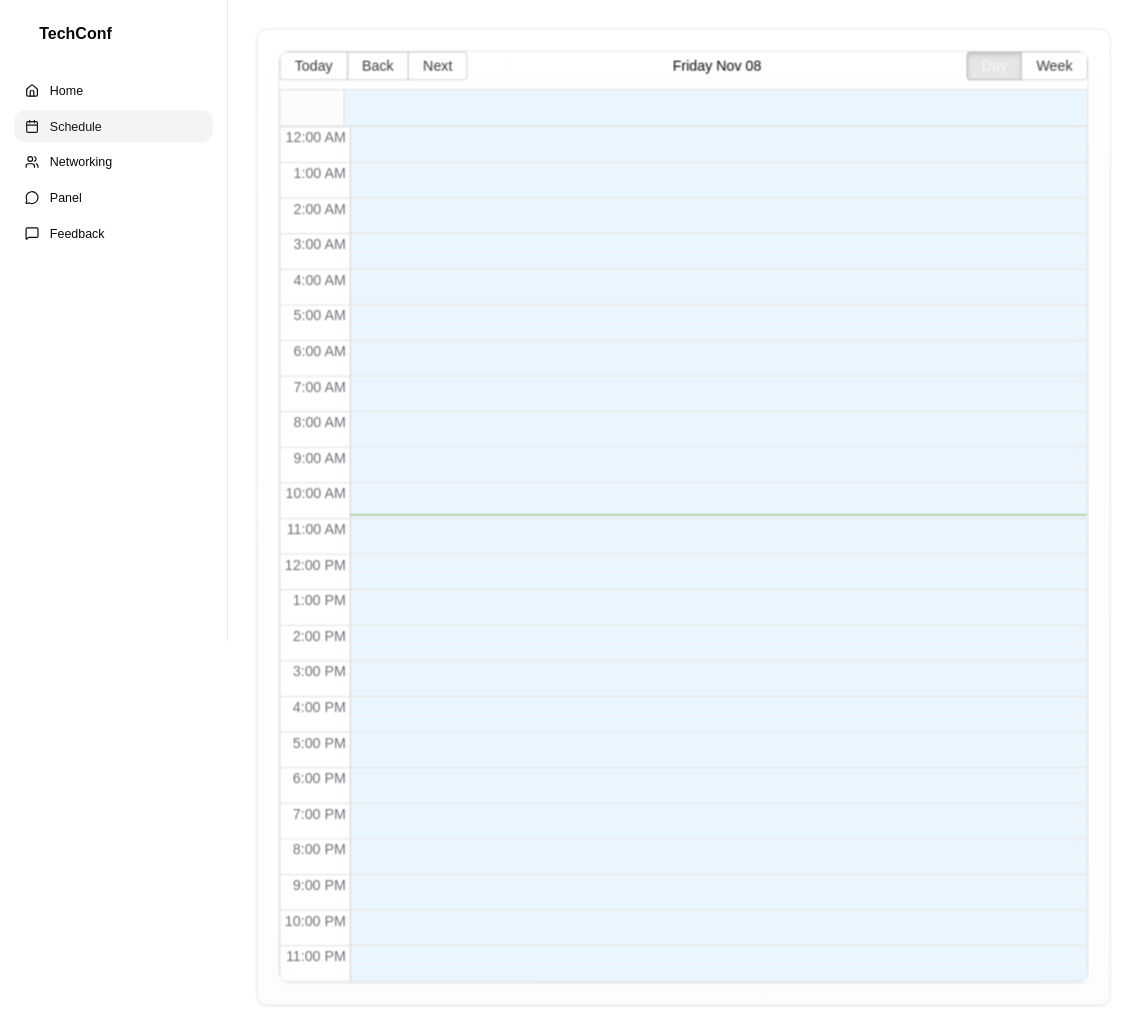
Repository: mrnavdal/symposium-2024
Page: /schedule (app in symposium24/)
The author's editor kept a copy of each file at every save. The page is drawn from the files as they stood at one save, then again after the next save.
The browser window is 1280 px wide. The pictures show the whole page, at 89% of full size.
The project was rebuilt for these pictures with package versions that can differ from the ones it lists, and the page was loaded fresh each time. The framework's server and built-in components were replaced by stand-ins that run in the browser. Also part of the build but not shown: symposium24/next.config.ts.

Above is the page before, as saved 2024-11-08 13:29:04.

After the next save:
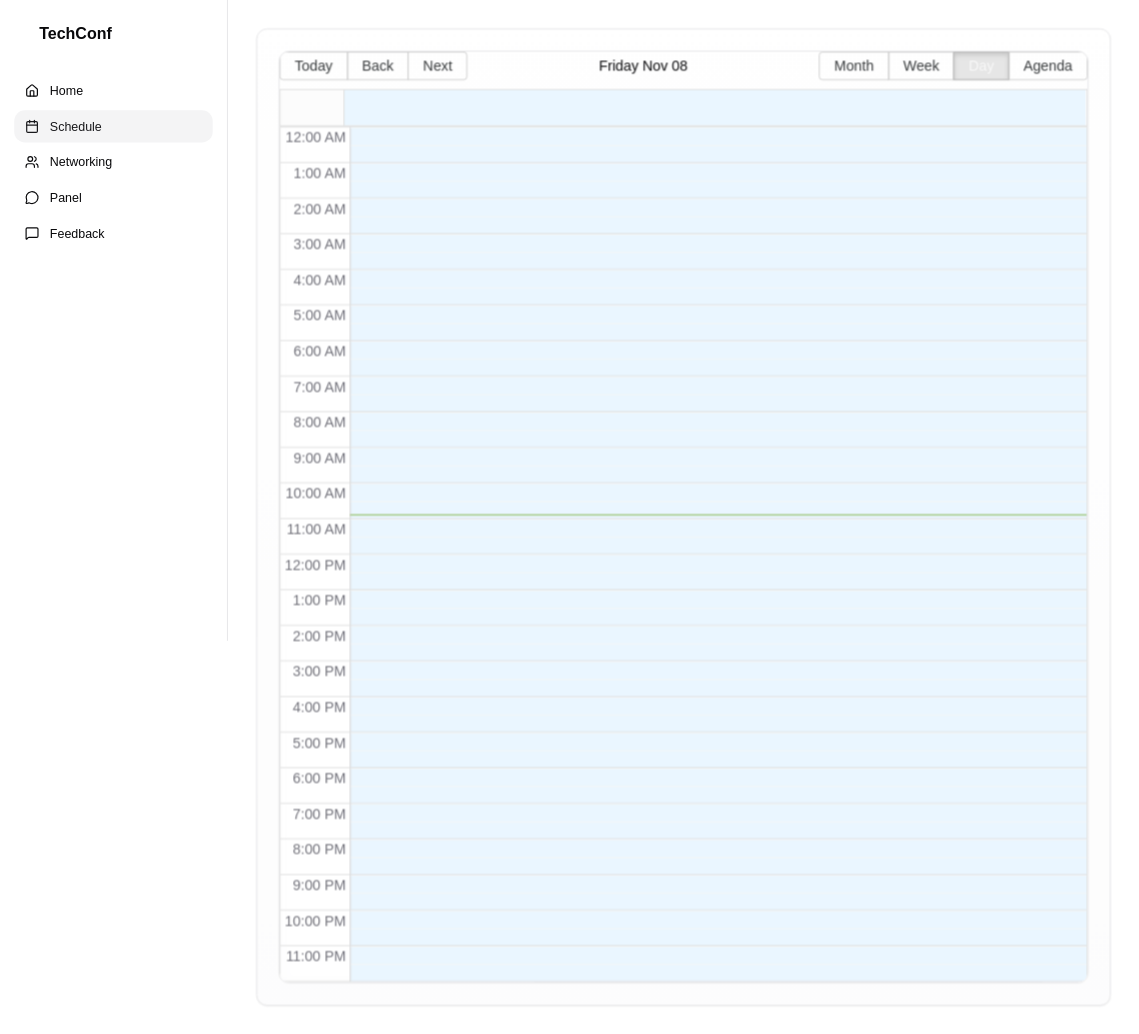
Saved 25 s later.
--- a/symposium24/src/components/Calendar.tsx
+++ b/symposium24/src/components/Calendar.tsx
@@ -49,7 +49,6 @@ export function Calendar({ events }: CalendarProps) {
     localizer,
     events,
     defaultView: 'day' as View,
-    views: ['day', 'week'] as View[],
     step: 30,
     timeslots: 2,
     eventPropGetter: eventStyleGetter,
